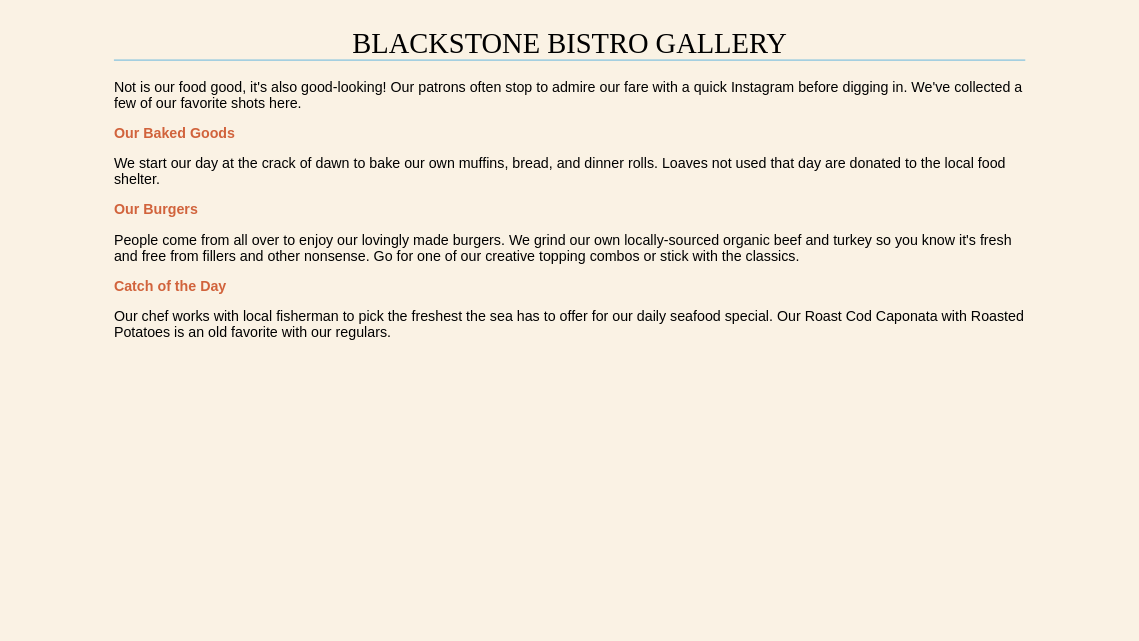
Repository: Colo-Codes/code-practice
Page: responsivegallery/index.html
These files come from the project's save history. The page is drawn as it stood at one moment and after the next save; the edit follows.
The browser window is 1280 px wide. The pictures show the whole page, at 89% of full size.

Above is the page before, as saved 2021-04-28 12:11:30.

After the next save:
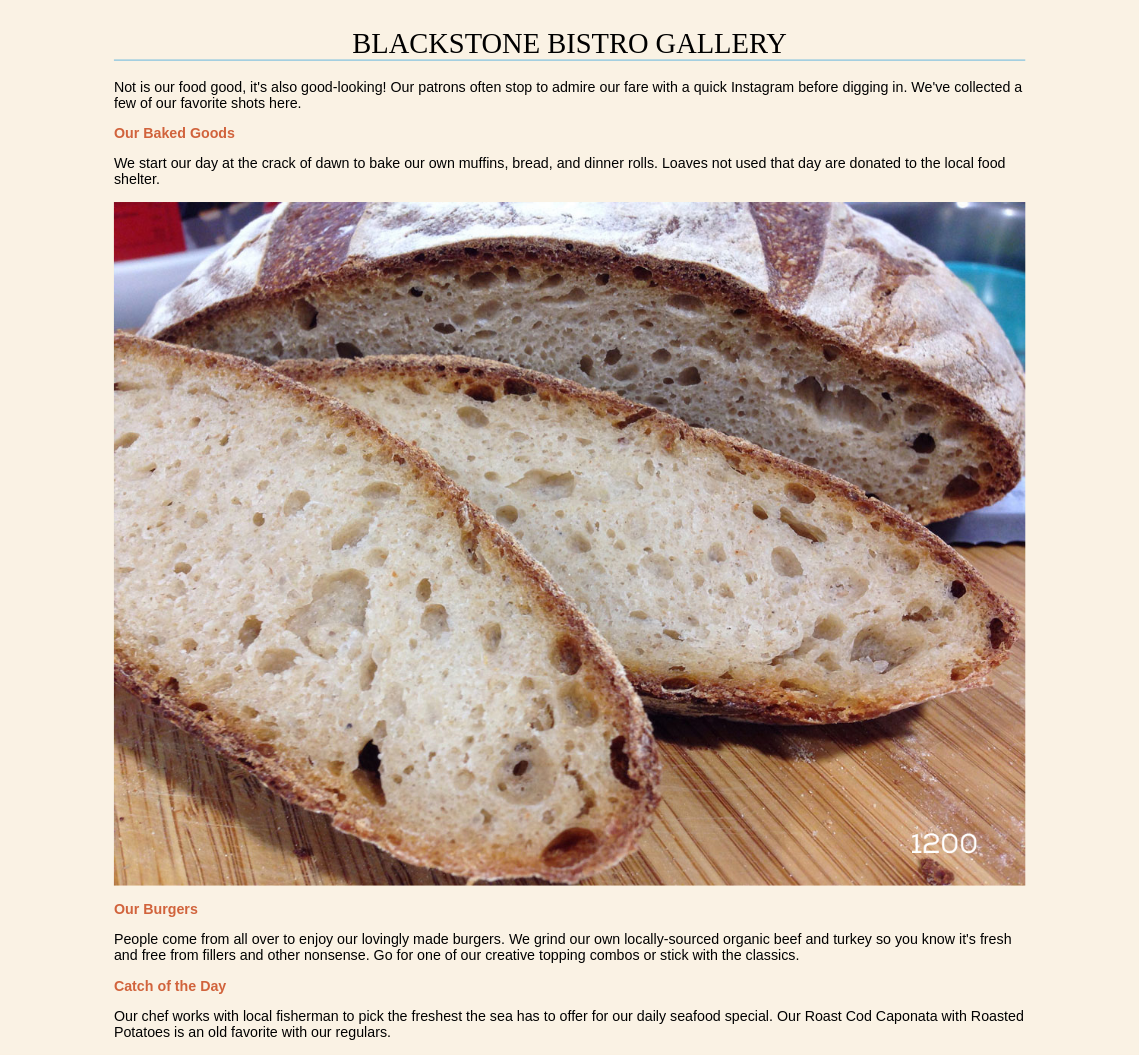
Saved 44 min 5 s later.
--- a/responsivegallery/index.html
+++ b/responsivegallery/index.html
@@ -1,9 +1,9 @@
-<!doctype html>
+<!DOCTYPE html>
 <html>
 <head>
 <meta charset="UTF-8">
 <title>Blackstone Bistro Gallery</title>
-<meta name="viewport" content="width=device-width, initial-scale=1">
+<meta name="viewport" content="width=device-width, initial-scale=1"> <!-- Required to make the page responsive. -->
 <style>
 body {
   background-color: #faf2e4;
@@ -25,7 +25,7 @@ h2 {
   font-size: 1em;
 }
 img {
-	max-width: 100%;
+	max-width: 100%; /* This makes images scale down for smaller screen widths. */
 }
 </style>
 
@@ -36,9 +36,11 @@ img {
 
 <h1>Blackstone Bistro Gallery</h1>
 <p>Not is our food good, it's also good-looking! Our patrons often stop to admire our fare with a quick Instagram before digging in. We've collected a few of our favorite shots here.</p>
-
 <h2>Our Baked Goods</h2>
 <p>We start our day at the crack of dawn to bake our own muffins, bread, and dinner rolls. Loaves not used that day are donated to the local food shelter. </p>
+<picture>
+  <img src="images/bread-1200.jpg" alt="Slices of sourdough bread">
+</picture>
 
 <h2>Our Burgers</h2>
 <p>People come from all over to enjoy our lovingly made burgers. We grind our own locally-sourced organic beef and turkey so you know it's fresh and free from fillers and other nonsense. Go for one of our creative topping combos or stick with the classics. </p>
